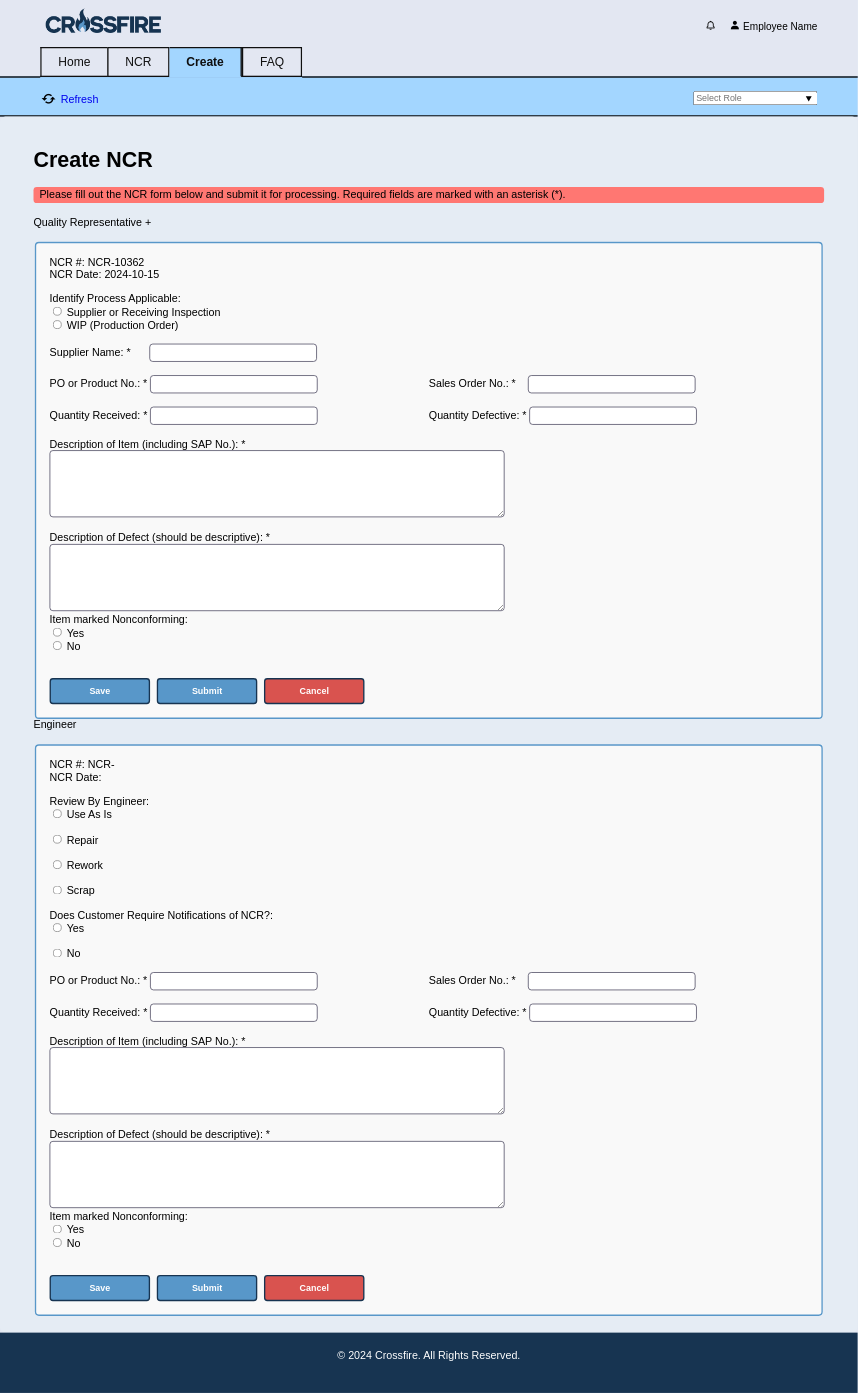
Repository: NyleNC/OSSProg1180
Page: OSS-CrossFire/create - Copy.html
An editor plug-in stored every save of this project. The page is shown before and after the next save, followed by the edit.
The browser window is 1280 px wide. The pictures show the whole page, at 67% of full size.

Above is the page before, as saved 2024-11-18 09:48:47.
Console error: TypeError: Cannot read properties of null (reading 'addEventListener')

### OSS-CrossFire/create - Copy.html
<!DOCTYPE html>
<html lang="en">
<head>
    <meta charset="UTF-8">
    <meta name="viewport" content="width=device-width, initial-scale=1.0">
    <title>CrossFireNCR</title>
    <!-- Google Fonts -->
    <link rel="preconnect" href="https://fonts.googleapis.com">
    <link rel="preconnect" href="https://fonts.gstatic.com" crossorigin>
    <link href="https://fonts.googleapis.com/css2?family=Merriweather+Sans:wght@300;400;500&display=swap" rel="stylesheet">

    <link href='https://unpkg.com/boxicons@2.1.4/css/boxicons.min.css' rel='stylesheet'>
    <link rel="stylesheet" href="style.css">
    <script src="script-create.js"></script>
</head>
<body>
    <header>
        <div class="global-header">
            <div class="logo">
                <img src="img/Crossfire-Logo-no-bkgd.png" alt="CrossFire Logo">
            </div>
            <div class="global-selection">

                <div class="notifications">
                    <a href="#" aria-label="Notifications"><i class='bx bx-bell'></i></a>
                </div>
                <div class="employee-info">
                    <i class='bx bxs-user' aria-hidden="true"></i>
                    <p>Employee Name</p>
                </div>

            </div>
        </div>

        <nav>
            <div class="navbar-pages">
                <ul>
                    <li ><a href="index copy.html">Home</a></li>
                    <li><a href="ncr.html">NCR</a></li>
                    <li class="active"><a href="create.html">Create</a></li>
                    <li><a href="faq.html">FAQ</a></li>
                </ul>
            </div>
            <div class="navbar-tools">
                <ul>
                    <li><i class='bx bx-refresh bx-sm' aria-hidden="true"></i><a href="ncr.html">Refresh</a></li>
                   <li class="ddlRole">
                    <input placeholder="Select Role" list="roles" name="role" id="roleInput" onchange="saveRole()">
                        <datalist id="roles">
                            <option value="Quality Rep">
                            <option value="Engineer">
                            <option value="Operations Manager">
                            <option value="Inspector">
                            <option value="Procurement">
                            <option value="Administrator">
                        </datalist>
                    </li>
                </ul>
            </div>
        </nav>
    </header>

    <main class="create-main">
        <h1>Create NCR</h1>
        <p class="edit-p">&nbsp; Please fill out the NCR form below and submit it for processing. Required fields are marked with an asterisk (*).</p>

        <div class="ncrSection">
            <div class="ncrSection-title">
                Quality Representative
                <span>+</span>
            </div>
            <form class="ncrSection-form" id="ncr-form" onsubmit="return validateForm()">
                <fieldset>

                    <div class="form-ncrNum">
                        <label for="ncrNumber">NCR #:</label>
                        <span id="ncrNumber">NCR-</span>
                    </div>
                    <div class="form-ncrDate">
                        <label for="ncrDate">NCR Date:</label>
                        <span id="ncrDate"></span>
                    </div><br>

                    <div class="lblIdf">
                        <label>Identify Process Applicable:</label>
                    </div>
                    <div class="form-ipa1">
                        <input type="radio" id="supp" name="process" value="suppotRec" onclick="enableDisableTextbox(this)">
                        <label for="supp">Supplier or Receiving Inspection</label><br>
                    </div>
                    <div class="form-ipa2">
                        <input type="radio" id="wip" name="process" value="supplier" onclick="enableDisableTextbox(this)">
                        <label for="wip">WIP (Production Order)</label>
                    </div><br>

                    <div class="form-group">
                        <label for="supplierName">Supplier Name: *</label>&nbsp;&nbsp;
                        <input type="text" id="supplierName" class="size-css" required pattern="[a-zA-Z ]{2,30}" title="Please enter a valid name (letters only).">
                    </div>

                    <div class="form-group">
                        <div class="left-side">
                            <label for="ProductNo">PO or Product No.: *</label>
                            <input type="text" id="ProductNo" required pattern="\d{5}" title="Please enter exactly 5 digits.">
                        </div>
                        <div class="left-side">
                            <label for="SaleOrderNo">Sales Order No.: *</label>&nbsp;&nbsp;&nbsp;
                            <input type="text" id="SaleOrderNo" required pattern="\d{5}" title="Please enter exactly 5 digits.">
                        </div>
                    </div>

                    <div class="form-group">
                        <div class="right-side">
                            <label for="quantityReceived">Quantity Received: *</label>
                            <input type="number" id="quantityReceived" required min="1" title="Please enter a valid quantity.">
                        </div>
                        <div class="right-side">
                            <label for="quantityDefective">Quantity Defective: *</label>
                            <input type="number" id="quantityDefective" required min="0" title="Please enter a valid quantity.">
                        </div>
                    </div>

                    <div class="form-ta-itemDes">
                        <label for="itemDescription">Description of Item (including SAP No.): *</label><br>
                        <textarea id="itemDescription" maxlength="3000" required></textarea>
                    </div><br>

                    <div class="form-ta-defDes">
                        <label for="defectDescription">Description of Defect (should be descriptive): *</label><br>
                        <textarea id="defectDescription" required></textarea>
                    </div>

                    <div class="lblImn">
                        <label>Item marked Nonconforming:</label>
                    </div>
                    <div class="form-Yes">
                        <input id="imnYes" name="nonconforming" type="radio" value="yes">
                        <label for="imnYes">Yes</label>
                    </div>
                    <div class="form-No">
                        <input id="imnNo" name="nonconforming" type="radio" value="no">
                        <label for="imnNo">No</label>
                    </div><br>

                    <div class="btnContainer">
                        <button type="save" class="btnSave">Save</button>
                        <button type="submit" class="btnSubmit">Submit</button>
                        <button type="button" class="btnCancel" onclick="goBack()">Cancel</button>
                    </div>
                </fieldset>
            </form>
        </div>

        <div class="ncrSection">
            <div class="ncrSection-title">Engineer</div>
            <form class="ncrSection-form" id="ncr-form" onsubmit="return validateForm()">
                <fieldset>

                    <div class="form-ncrNum">
                        <label for="ncrNumber">NCR #:</label>
                        <span id="ncrNumber">NCR-</span>
                    </div>
                    <div class="form-ncrDate">
                        <label for="ncrDate">NCR Date:</label>
                        <span id="ncrDate"></span>
                    </div><br>

                    <div class="lblIdf">
                        <label>Review By Engineer:</label>
                    </div>
                    <div class="form-ipa1">
                        <input type="radio" id="asIS" name="asIS" value="asIS" >
                        <label>Use As Is</label>
                    </div><br>
                    <div class="form-ipa2">
                        <input type="radio" id="repair" name="repair" value="repair" >
                        <label>Repair</label>
                    </div><br>
                    <div class="form-ipa2">
                        <input type="radio" id="reWork" name="reWork" value="reWork" >
                        <label>Rework</label>
                    </div><br>
                    <div class="form-ipa2">
                        <input type="radio" id="scrap" name="scrap" value="scrap" >
                        <label>Scrap</label>
                    </div><br>

                    <div class="lblIdf">
                        <label>Does Customer Require Notifications of NCR?:</label>
                    </div>
                    <div class="form-ipa2">
                        <input type="radio" id="cusYes" name="cusYes" value="cusYes" >
                        <label>Yes</label>
                    </div><br>
                    <div class="form-ipa2">
                        <input type="radio" id="cusNO" name="cusNO" value="cusNO" >
                        <label >No</label>
                    </div><br>

                    <div class="form-group">
                        <div class="left-side">
                            <label for="ProductNo">PO or Product No.: *</label>
                            <input type="text" id="ProductNo" required pattern="\d{5}" title="Please enter exactly 5 digits.">
                        </div>
                        <div class="left-side">
                            <label for="SaleOrderNo">Sales Order No.: *</label>&nbsp;&nbsp;&nbsp;
                            <input type="text" id="SaleOrderNo" required pattern="\d{5}" title="Please enter exactly 5 digits.">
                        </div>
                    </div>

                    <div class="form-group">
                        <div class="right-side">
                            <label for="quantityReceived">Quantity Received: *</label>
                            <input type="number" id="quantityReceived" required min="1" title="Please enter a valid quantity.">
                        </div>
                        <div class="right-side">
                            <label for="quantityDefective">Quantity Defective: *</label>
                            <input type="number" id="quantityDefective" required min="0" title="Please enter a valid quantity.">
                        </div>
                    </div>

                    <div class="form-ta-itemDes">
                        <label for="itemDescription">Description of Item (including SAP No.): *</label><br>
                        <textarea id="itemDescription" maxlength="3000" required></textarea>
                    </div><br>

                    <div class="form-ta-defDes">
                        <label for="defectDescription">Description of Defect (should be descriptive): *</label><br>
                        <textarea id="defectDescription" required></textarea>
                    </div>

                    <div class="lblImn">
                        <label>Item marked Nonconforming:</label>
                    </div>
                    <div class="form-Yes">
                        <input id="imnYes" name="nonconforming" type="radio" value="yes">
                        <label for="imnYes">Yes</label>
                    </div>
                    <div class="form-No">
                        <input id="imnNo" name="nonconforming" type="radio" value="no">
                        <label for="imnNo">No</label>
                    </div><br>


                    <div class="btnContainer">
                        <button type="save" class="btnSave">Save</button>
                        <button type="submit" class="btnSubmit">Submit</button>
                        <button type="button" class="btnCancel" onclick="goBack()">Cancel</button>
                    </div>
                </fieldset>
            </form>
        </div>

    </main>

    <div id="successPopup" class="popup" style="display:none;">
        <div class="popup-content">
            <p>NCR created successfully!</p>
            <p>What would you like to do next?</p>
            <button onclick="createAnotherNCR()">Create Another NCR</button>
            <button onclick="viewAllNCRs()">View All NCRs</button>
            <button onclick="closePopup()">Close</button>
        </div>
    </div>

    <footer class="ncr-footer">
        <p>&copy; 2024 Crossfire. All Rights Reserved.</p>
    </footer>

    <script src="script-view.js"></script>
</body>
</html>

Loaded but not shown: OSS-CrossFire/script-view.js (123 lines, source omitted); OSS-CrossFire/script-create.js (14 lines, source omitted); OSS-CrossFire/style.css (850 lines, source omitted)

After the next save:
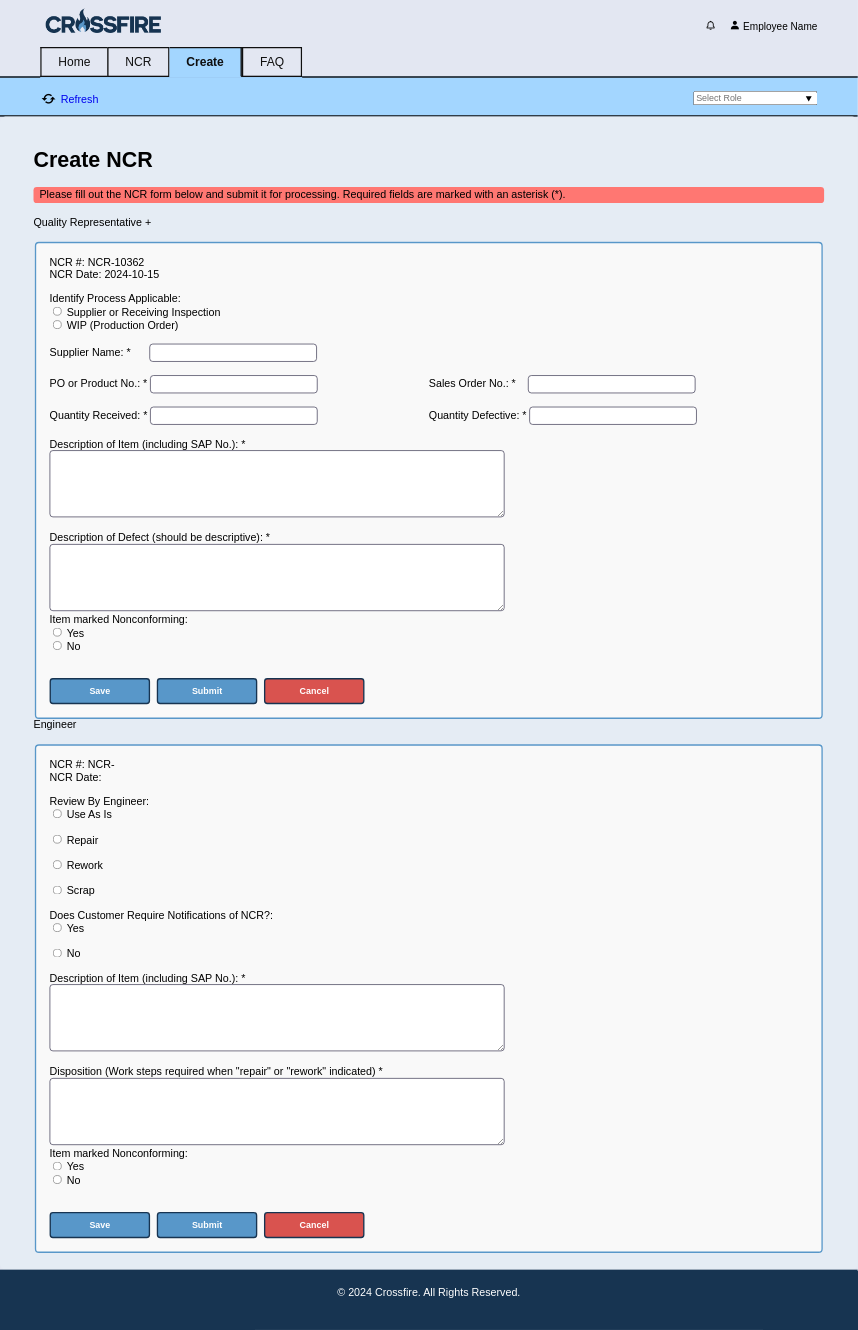
Saved 89 s later.
--- a/OSS-CrossFire/create - Copy.html
+++ b/OSS-CrossFire/create - Copy.html
@@ -197,27 +197,7 @@
                         <label >No</label>
                     </div><br>
 
-                    <div class="form-group">
-                        <div class="left-side">
-                            <label for="ProductNo">PO or Product No.: *</label>
-                            <input type="text" id="ProductNo" required pattern="\d{5}" title="Please enter exactly 5 digits.">
-                        </div>
-                        <div class="left-side">
-                            <label for="SaleOrderNo">Sales Order No.: *</label>&nbsp;&nbsp;&nbsp;
-                            <input type="text" id="SaleOrderNo" required pattern="\d{5}" title="Please enter exactly 5 digits.">
-                        </div>
-                    </div>
-
-                    <div class="form-group">
-                        <div class="right-side">
-                            <label for="quantityReceived">Quantity Received: *</label>
-                            <input type="number" id="quantityReceived" required min="1" title="Please enter a valid quantity.">
-                        </div>
-                        <div class="right-side">
-                            <label for="quantityDefective">Quantity Defective: *</label>
-                            <input type="number" id="quantityDefective" required min="0" title="Please enter a valid quantity.">
-                        </div>
-                    </div>
+
 
                     <div class="form-ta-itemDes">
                         <label for="itemDescription">Description of Item (including SAP No.): *</label><br>
@@ -225,7 +205,7 @@
                     </div><br>
 
                     <div class="form-ta-defDes">
-                        <label for="defectDescription">Description of Defect (should be descriptive): *</label><br>
+                        <label for="defectDescription">Disposition (Work steps required when "repair" or "rework" indicated) *</label><br>
                         <textarea id="defectDescription" required></textarea>
                     </div>
 
